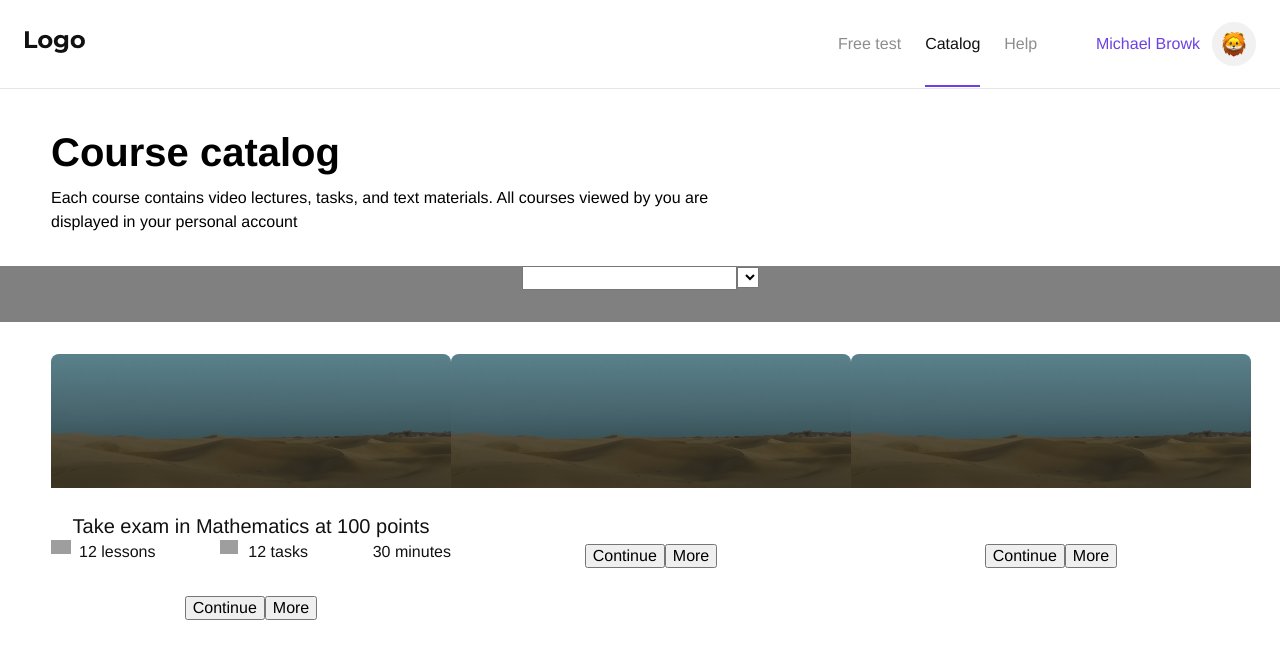
Repository: skydevil1604/vue-test-app
Page: /#/main-page
An editor plug-in stored every save of this project. The page is shown before and after the next save, followed by the edit.
The browser window is 1280 px wide. The pictures show the whole page.
Pictures or frames that could not be fetched are drawn as grey boxes. The project was rebuilt for these pictures with package versions that can differ from the ones it lists, and the page was loaded fresh each time. Also part of the build but not shown: src/components/Tabs.vue, src/components/Tab.vue, src/components/Login.vue, src/components/Registration.vue, src/components/AuthenticationForm.vue.

Above is the page before, as saved 2020-04-06 22:22:21.

### public/index.html
<!DOCTYPE html>
<html lang="en">
  <head>
    <meta charset="utf-8">
    <meta http-equiv="X-UA-Compatible" content="IE=edge">
    <meta name="viewport" content="width=device-width,initial-scale=1.0">
    <link rel="icon" href="<%= BASE_URL %>favicon.ico">
    <link rel="stylesheet" href="../src/assets/normalize.css">
    <title><%= htmlWebpackPlugin.options.title %></title>
  </head>
  <body style="margin:0 auto;">
    <noscript>
      <strong>We're sorry but <%= htmlWebpackPlugin.options.title %> doesn't work properly without JavaScript enabled. Please enable it to continue.</strong>
    </noscript>
    <div id="app"></div>
    <!-- built files will be auto injected -->
  </body>
</html>

### src/main.js
import Vue from 'vue'
import App from './App.vue'
import VueRouter from 'vue-router'
import router from './router';

Vue.config.productionTip = false;
Vue.use(VueRouter)

new Vue({
  render: h => h(App),
  router
}).$mount('#app');

### src/App.vue
<template>
  <div id="app">
    <router-view>
      <AuthenticationForm />
    </router-view>
  </div>
</template>

<script>
import AuthenticationForm from './components/AuthenticationForm';

export default {
  name: 'App',
  components: {
    AuthenticationForm
  }
}
</script>

<style>
#app {
  font-family: Avenir, Helvetica, Arial, sans-serif;
  -webkit-font-smoothing: antialiased;
  -moz-osx-font-smoothing: grayscale;
  text-align: center;
  display: flex;
  height: 100vh;
}
</style>

### src/router/index.js
import Vue                        from 'vue';
import VueRouter                     from 'vue-router';
import MainPageComponent          from '@/components/MainPage';
import AuthenticationForm         from '@/components/AuthenticationForm';

Vue.use(VueRouter);

const router = new VueRouter({
    routes: [

      {
        path: '/main-page',
        name: 'mainPage',
        component: MainPageComponent,
      },
      {
        path: '/',
        name: 'authenticationForm',
        component: AuthenticationForm,
      },
    ]
  });

export default router;

### src/components/MainPage.vue
<template>
    <div class="main-page">
        <header class="header">
            <a class="logo" href="#">
                <img src="../assets/logo.png" alt="logo">
            </a>
            <nav class="navigation">
                <ul class="navigation__list">
                    <li class="navigation__item">
                        <a class="navigation__link" href="#">Free test</a>
                    </li>
                    <li class="navigation__item">
                        <a class="navigation__link navigation__link--active" href="#">Catalog</a>
                    </li>
                    <li class="navigation__item">
                        <a class="navigation__link" href="#">Help</a>
                    </li>
                </ul>
                <div class="navigation__profile">
                    <span class="navigation__user-name">Michael Browk</span>
                    <img class="navigation__user-photo" src="../assets/Lion.png" alt="">
                </div>
            </nav>
        </header>

        <section class="info">
            <h1 class="info__heading">Course catalog</h1>
            <p class="info__description">
                Each course contains video lectures, tasks, and text materials. All courses viewed by you are displayed in your personal account
            </p>
        </section>

        <section class="main-filter">
            <input type="search" name="search" id="search">
            <select name="" id=""></select>
        </section>

        <section class="main-content">
            <div class="post">
                <div class="post__header"></div>
                <div class="post__title">Take exam in Mathematics at 100 points</div>
                <div class="post__info">
                    <span class="post__lessons">12 lessons</span>
                    <span class="post__tasks">12 tasks</span>
                    <span class="post__minutes">30 minutes</span>
                </div>
                <div class="post__button-wrapper">
                    <button class="post__button post__button--main">Continue</button>
                    <button class="post__button post__button--secondary">More</button>
                </div>
            </div>
            <div class="post">
                <div class="post__header"></div>
                <div class="post__title"></div>
                <div class="post__info"></div>
                <div class="post__button-wrapper">
                    <button class="post__button post__button--main">Continue</button>
                    <button class="post__button post__button--secondary">More</button>
                </div>
            </div>
            <div class="post">
                <div class="post__header"></div>
                <div class="post__title"></div>
                <div class="post__info"></div>
                <div class="post__button-wrapper">
                    <button class="post__button post__button--main">Continue</button>
                    <button class="post__button post__button--secondary">More</button>
                </div>
            </div>
        </section>
    </div>
</template>

<script>

export default {
    name: 'MainPageComponent',
}
</script>

<style lang="scss">
    .main-page {
        max-width: 1366px;
        width: 100%;
        margin: 0 auto;
    }

    .header {
        padding-top: 22px;
        padding-bottom: 22px;
        padding-left: 24px;
        padding-right: 24px;
        display: flex;
        justify-content: space-between;
        align-items: center;
        box-shadow: 0px 1px 0px rgba(17, 17, 17, 0.1);
    }

    .navigation {
        display: flex;
        align-items: center;
        width: 418px;
        justify-content: space-between;

            &__list {
                list-style: none;
                display: flex;
                padding: 0;
                margin: 0;

                  &:last-child {
                    margin-right: 0;
                }
            }

            &__item {
                margin-right: 24px;
                font-size: 16px;
                color: rgba(17, 17, 17, 0.48);

                    &:hover {
                        color: #111111;
                    }
            }

            &__link {
                text-decoration: none;
                font-style: normal;
                font-weight: normal;
                font-size: inherit;
                color: inherit;
                line-height: 24px;
                padding-bottom: 35px;
                    &--active {
                        border-top-width: 6px;
                        color: #111111;
                        box-shadow: inset 0px -2px 0px #6E41E2;
                    }
            }

            &__profile {
                display: flex;
                align-items: center;
                justify-content: space-between;
            }

            &__user-name {
                font-style: normal;
                font-weight: normal;
                font-size: 16px;
                line-height: 24px;
                color: #6E41E2;
                margin-right: 12px;
            }
    }

    .info {
        text-align: left;
        padding-top: 40px;
        padding-left: 51px;
        padding-bottom: 32px;
        max-width: 724px;

            &__heading {
                font-style: normal;
                font-weight: bold;
                font-size: 40px;
                line-height: 48px;
                margin:0;
                margin-bottom: 10px;
            }

            &__description {
                font-style: normal;
                font-weight: normal;
                font-size: 16px;
                line-height: 24px;
                margin:0;
            }
    }

    .main-filter {
        height: 56px;
        background-color: grey;
        padding-left: 51px;
        padding-right: 51px;
    }

    .main-content {
        padding-left: 51px;
        padding-right: 51px;
        display: flex;
        justify-content: space-between;
        padding-top: 32px;
    }

    .post {
        min-width: 400px;
        height: 347px;
        border-radius: 8px;

            &__header {
                height: 134px;
                border-top-right-radius: 8px;
                border-top-left-radius: 8px;
                position: relative;
                margin-bottom: 24px;
                background-image: url('../assets/first-post-image.jpg');

                    &::before {
                        content: '';
                        position: absolute;
                        top: 0;
                        left: 0;
                        right: 0;
                        bottom: 0;
                        background: linear-gradient(180deg, rgba(17, 17, 17, 0.4) 0%, rgba(17, 17, 17, 0.72) 93.75%);
                        z-index: 1;
                        border-top-right-radius: 8px;
                        border-top-left-radius: 8px;
                    }
            }

            &__title {
                font-size: 20px;
                line-height: 28px;
                color: #111111;
                padding-left: 20px;
                padding-right: 20px;
            }

            &__info {
                display: flex;
                justify-content: space-between;
                margin-bottom: 32px;
                font-style: normal;
                font-weight: normal;
                font-size: 16px;
                line-height: 24px;
                color: #111111;
            }

            &__lessons {
                padding-left: 28px;
                position: relative;
                    &::before {
                        content: '';
                        top: 0;
                        left: 0;
                        width: 20px;
                        height: 14px;
                        position: absolute;
                        background-image: url('../assets/lessons-logo.svg');
                    }
            }

            &__tasks {
                padding-left: 28px;
                position: relative;
                    &::before {
                        content: '';
                        top: 0;
                        left: 0;
                        width: 16px;
                        height: 17px;
                        position: absolute;
                        background-image: url('../assets/tasks-logo.svg');
                    }
            }

            &__tasks {
                padding-left: 28px;
                position: relative;
                    &::before {
                        content: '';
                        top: 0;
                        left: 0;
                        width: 18px;
                        height: 14px;
                        position: absolute;
                        background-image: url('../assets/minutes-logo.svg');
                    }
            }
    }


</style>

Loaded but not shown: src/assets/normalize.css (library)

After the next save:
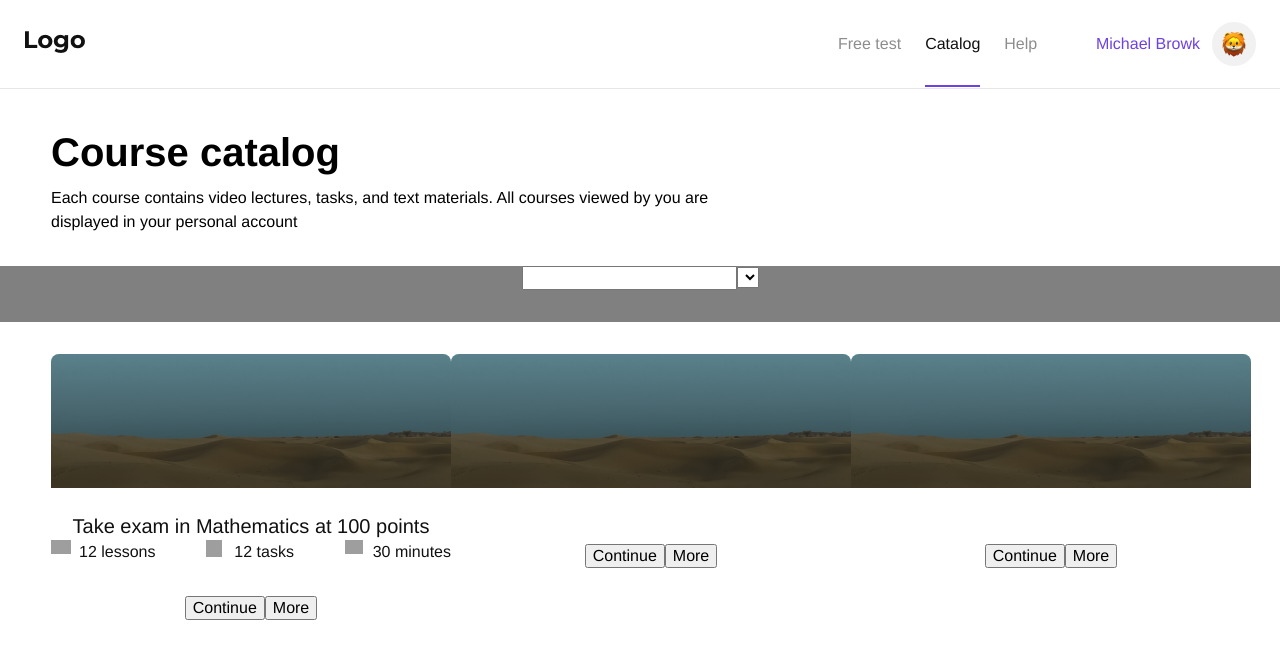
Saved 78 s later.
--- a/src/components/MainPage.vue
+++ b/src/components/MainPage.vue
@@ -268,7 +268,7 @@ export default {
                     }
             }
 
-            &__tasks {
+            &__minutes {
                 padding-left: 28px;
                 position: relative;
                     &::before {
